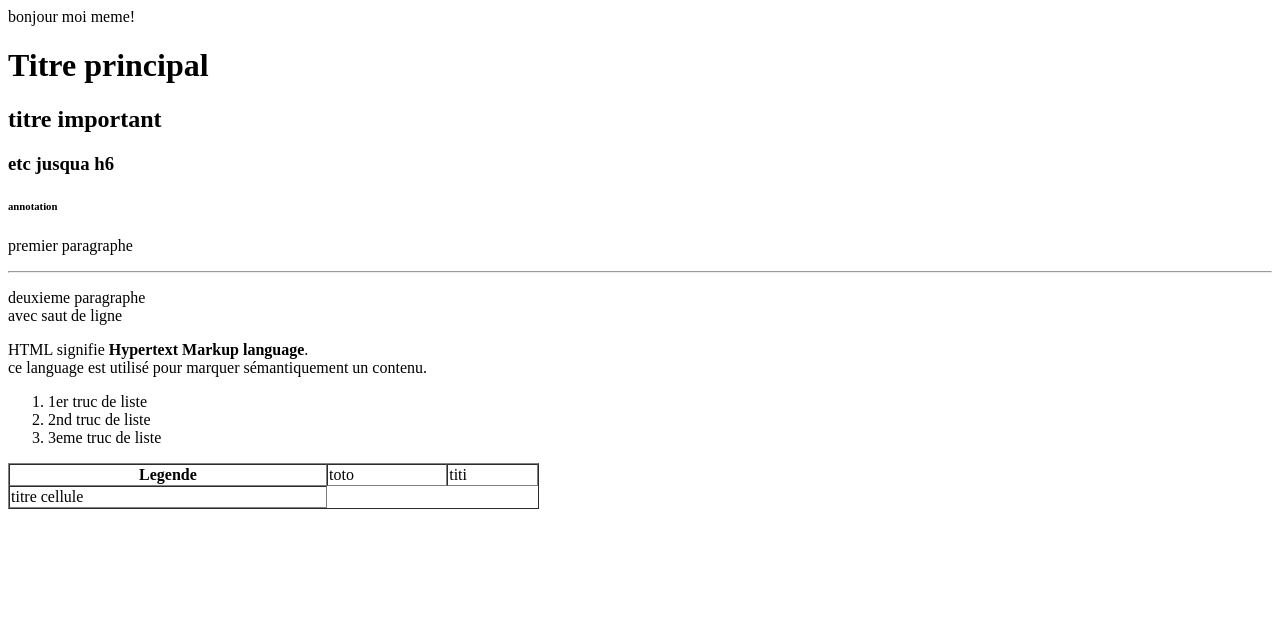
Repository: Poulpyto/fitec
Page: workspaceHtmlFlo/PremierTp_htmlCss/WebContent/index.html
An editor plug-in stored every save of this project. The page is shown before and after the next save, followed by the edit.
The browser window is 1280 px wide. The pictures show the whole page.

Above is the page before, as saved 2017-04-03 10:09:20.

After the next save:
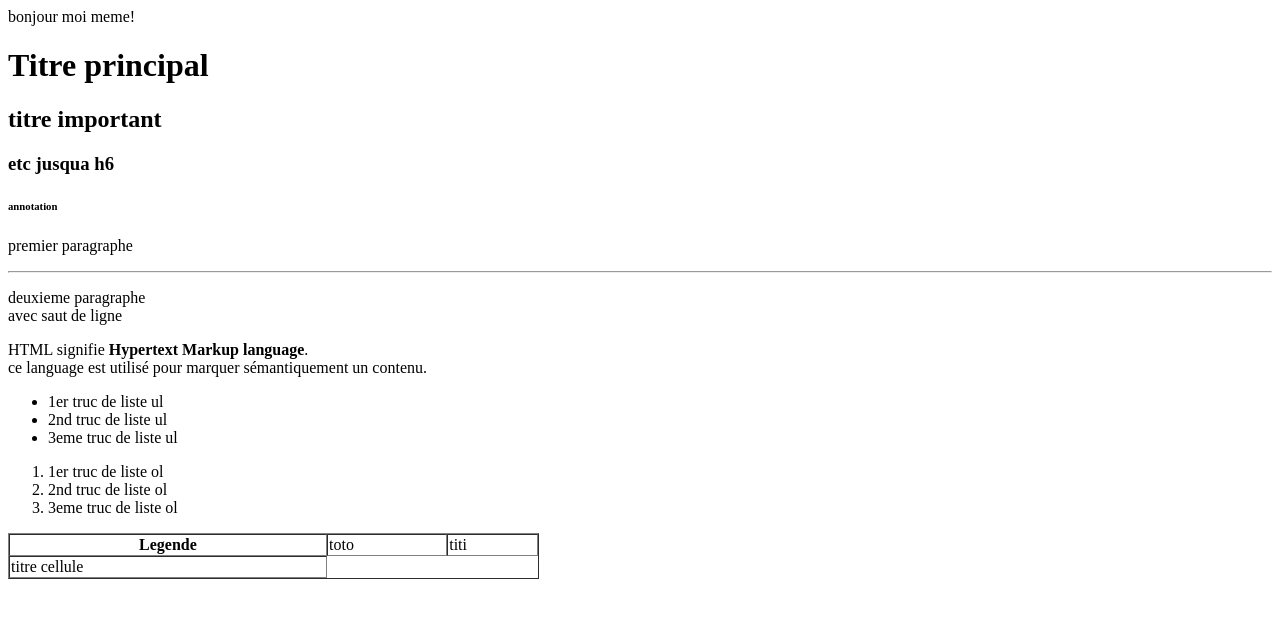
Saved 39 s later.
--- a/workspaceHtmlFlo/PremierTp_htmlCss/WebContent/index.html
+++ b/workspaceHtmlFlo/PremierTp_htmlCss/WebContent/index.html
@@ -19,10 +19,15 @@ bonjour moi meme!
 HTML signifie <strong>Hypertext Markup language</strong>.
 <br/>ce language est utilisé pour marquer sémantiquement un contenu.
 <!-- ul = non ordonné, ol = ordonné -->
+<ul>
+<li> 1er truc de liste ul</li>
+<li> 2nd truc de liste ul</li>
+<li> 3eme truc de liste ul</li>
+</ul>
 <ol>
-<li> 1er truc de liste </li>
-<li> 2nd truc de liste </li>
-<li> 3eme truc de liste </li>
+<li> 1er truc de liste ol</li>
+<li> 2nd truc de liste ol</li>
+<li> 3eme truc de liste ol</li>
 </ol>
 
 
